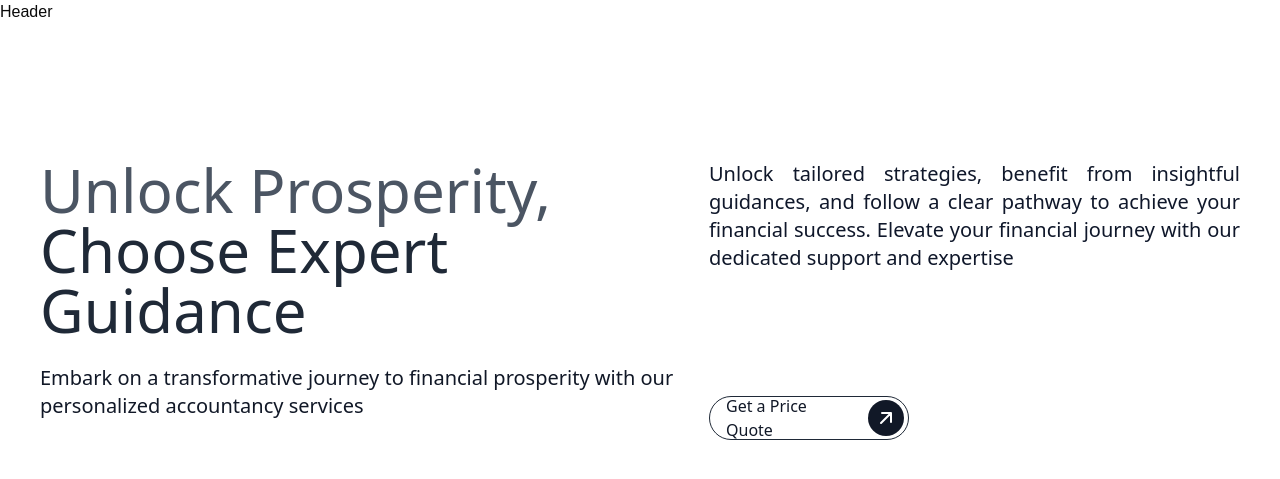
Repository: vespersolutionspk18/integrast-website
Page: /
An editor plug-in stored every save of this project. The page is shown before and after a run of saves, followed by the edit.
The browser window is 1280 px wide. The pictures show the whole page.
The project was rebuilt for these pictures with package versions that can differ from the ones it lists, and the page was loaded fresh each time. The framework's server and built-in components were replaced by stand-ins that run in the browser. Also part of the build but not shown: next.config.ts.

Above is the page before, as saved 2024-12-09 14:53:21.

### app/page.tsx
import Image from "next/image";
import Header from "./Header";
import Hero from "./Hero";

export default function Home() {
  return (
    <div>
      <Header />
      <Hero />
    </div>
  );
}

### app/Hero.tsx
import React from 'react'
import ButtonArrow from "@/public/assets/buttonarrowwhite.svg";
const Hero = () => {
  return (
    <div className="flex flex-col p-10 ">
        <div className="flex flex-row mt-24 h-[280px] gap-5 ">
            <div className="w-[55%] flex flex-col">
                <h1 className="font-light font-sans text-6xl text-gray-600">Unlock Prosperity, <span className="text-gray-800">Choose Expert Guidance</span></h1>
                <h4 className="text-xl font-sans text-gray-900 mt-6">Embark on a transformative journey to financial prosperity with our personalized accountancy services</h4>
            </div>
            <div className="w-[45%] flex flex-col justify-between ">
                <h4 className="text-xl text-justify font-sans text-slate-900">Unlock tailored strategies, benefit from insightful guidances, and follow a clear pathway to achieve your financial success. Elevate your financial journey with our dedicated support and expertise</h4>
                <div className="flex flex-row gap-5 pt-10">
                <div>
                <div id="button"
  className="group  bg-white h-[44px] flex-row border-[1px] border-gray-800 text-gray-900 text-[16px] py-1 px-1 font-light rounded-full hidden md:flex items-center justify-between w-[200px] transition-width duration-500 ease-in-out  hover:w-[225px] "

>
  <div className="mx-3 font-sans font-regular">Get a Price Quote</div>
  <div className="bg-gray-900 rounded-full h-[36px] w-[36px] flex items-center justify-center transition-transform duration-500 ease-in-out group-hover:rotate-45">
    <ButtonArrow className="h-[24px] w-[24px]" />
  </div>
            </div>
                </div>

                </div>
            </div>
        </div>
    </div>
  )
}

export default Hero

Loaded but not shown: app/layout.tsx (common file); app/globals.css (common file); app/Header.tsx (common file); tailwind.config.ts (common file)

After the next 2 saves:
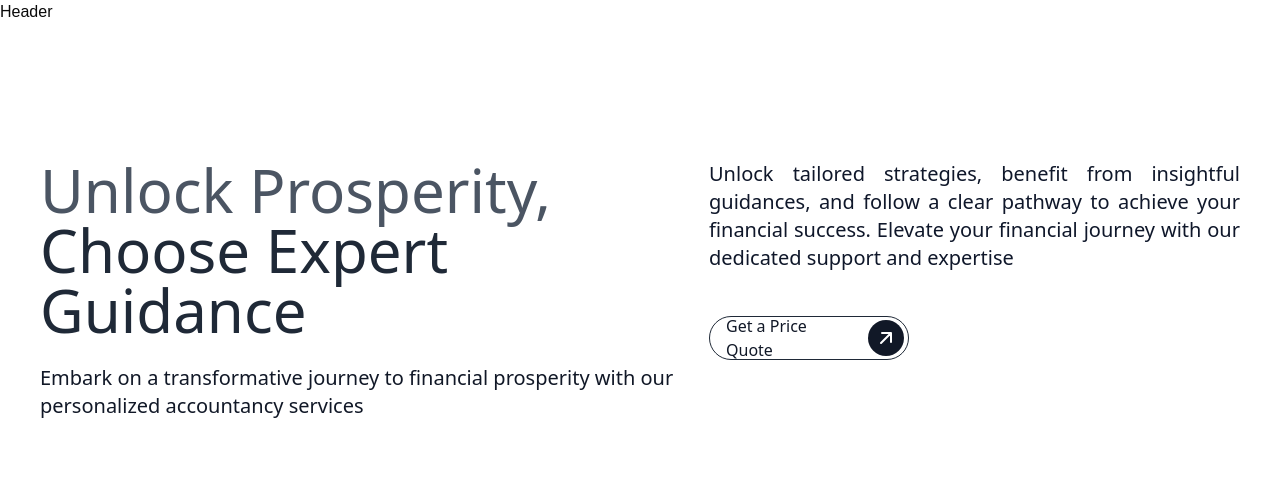
The 2 saves are shown as one change because they came seconds apart.
The last was saved 10 s later.
--- a/app/Hero.tsx
+++ b/app/Hero.tsx
@@ -3,7 +3,7 @@ import ButtonArrow from "@/public/assets/buttonarrowwhite.svg";
 const Hero = () => {
   return (
     <div className="flex flex-col p-10 ">
-        <div className="flex flex-row mt-24 h-[280px] gap-5 ">
+        <div className="flex flex-row mt-24 h-[200px] gap-5 ">
             <div className="w-[55%] flex flex-col">
                 <h1 className="font-light font-sans text-6xl text-gray-600">Unlock Prosperity, <span className="text-gray-800">Choose Expert Guidance</span></h1>
                 <h4 className="text-xl font-sans text-gray-900 mt-6">Embark on a transformative journey to financial prosperity with our personalized accountancy services</h4>
